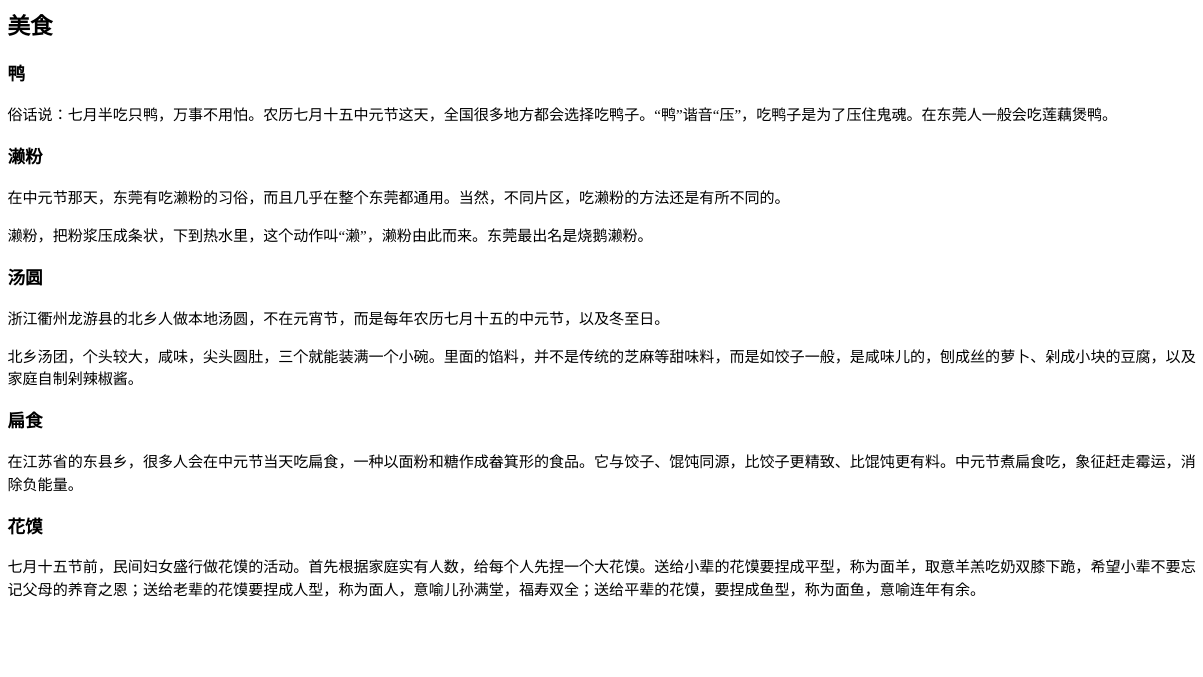
Repository: XueJie1/computer-operation-basics
Page: pages/dragonboatfes/cuisine.html
These files come from the project's save history. The page is drawn as it stood at one moment and after a run of saves; the edit follows.
The browser window is 1280 px wide. The pictures show the whole page, at 94% of full size.

Above is the page before, as saved 2023-09-05 17:59:16.

### pages/dragonboatfes/cuisine.html
<h2>美食</h2>
<h3>鸭</h3>
<p>俗话说：七月半吃只鸭，万事不用怕。农历七月十五中元节这天，全国很多地方都会选择吃鸭子。“鸭”谐音“压”，吃鸭子是为了压住鬼魂。在东莞人一般会吃莲藕煲鸭。</p>
<h3>濑粉</h3>
<p>在中元节那天，东莞有吃濑粉的习俗，而且几乎在整个东莞都通用。当然，不同片区，吃濑粉的方法还是有所不同的。</p>
<p>濑粉，把粉浆压成条状，下到热水里，这个动作叫“濑”，濑粉由此而来。东莞最出名是烧鹅濑粉。</p>

<h3>汤圆</h3>
<p>浙江衢州龙游县的北乡人做本地汤圆，不在元宵节，而是每年农历七月十五的中元节，以及冬至日。</p>
<p>北乡汤团，个头较大，咸味，尖头圆肚，三个就能装满一个小碗。里面的馅料，并不是传统的芝麻等甜味料，而是如饺子一般，是咸味儿的，刨成丝的萝卜、剁成小块的豆腐，以及家庭自制剁辣椒酱。</p>
<h3>扁食</h3>
<p>在江苏省的东县乡，很多人会在中元节当天吃扁食，一种以面粉和糖作成畚箕形的食品。它与饺子、馄饨同源，比饺子更精致、比馄饨更有料。中元节煮扁食吃，象征赶走霉运，消除负能量。</p>
<h3>花馍</h3>
<p>七月十五节前，民间妇女盛行做花馍的活动。首先根据家庭实有人数，给每个人先捏一个大花馍。送给小辈的花馍要捏成平型，称为面羊，取意羊羔吃奶双膝下跪，希望小辈不要忘记父母的养育之恩；送给老辈的花馍要捏成人型，称为面人，意喻儿孙满堂，福寿双全；送给平辈的花馍，要捏成鱼型，称为面鱼，意喻连年有余。
</p>
<div class="img">
    <img src="" </div>

After the next 2 saves:
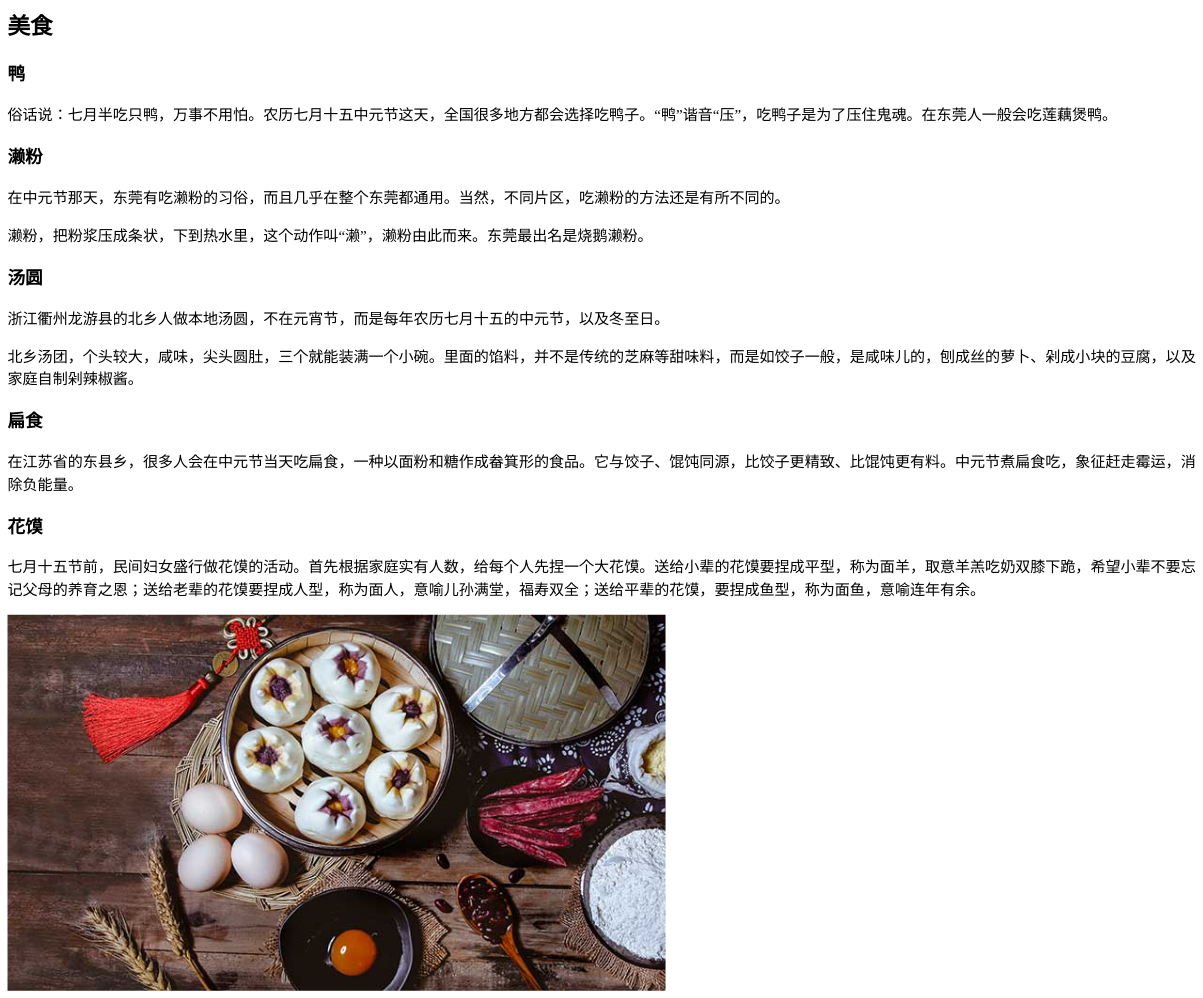
The 2 saves are shown as one change because they came seconds apart.
The last was saved 61 s later.
--- a/pages/dragonboatfes/cuisine.html
+++ b/pages/dragonboatfes/cuisine.html
@@ -14,4 +14,5 @@
 <p>七月十五节前，民间妇女盛行做花馍的活动。首先根据家庭实有人数，给每个人先捏一个大花馍。送给小辈的花馍要捏成平型，称为面羊，取意羊羔吃奶双膝下跪，希望小辈不要忘记父母的养育之恩；送给老辈的花馍要捏成人型，称为面人，意喻儿孙满堂，福寿双全；送给平辈的花馍，要捏成鱼型，称为面鱼，意喻连年有余。
 </p>
 <div class="img">
-    <img src="" </div>
+    <img src="/img/huamo.jpg">
+</div>
